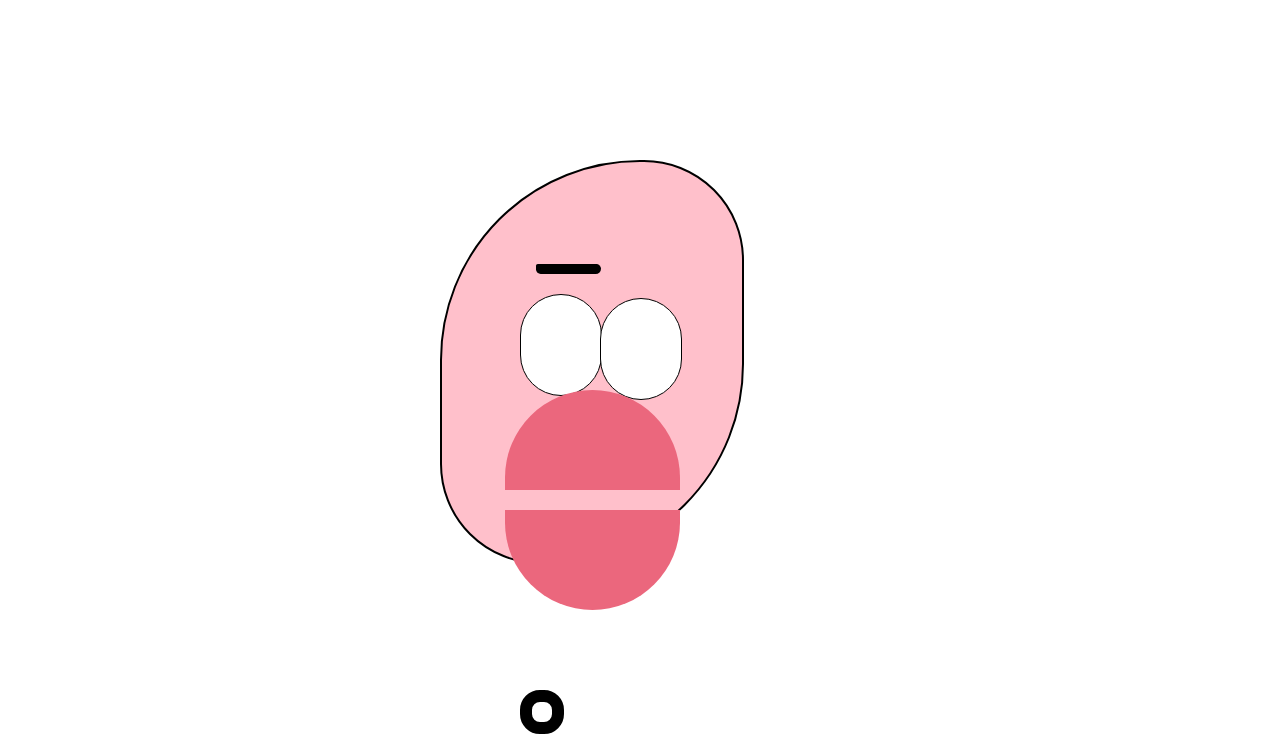
Repository: rodwestmoreland/1150
Page: cssCritter/index.html
These files come from the project's save history. The page is drawn as it stood at one moment and after the next save; the edit follows.
The browser window is 1280 px wide. The pictures show the whole page.

Above is the page before, as saved 2021-01-25 20:35:28.

### cssCritter/index.html
<!DOCTYPE html>
<html lang="en">
<head>
    <meta charset="UTF-8">
    <meta name="viewport" content="width=device-width, initial-scale=1.0">
    <link rel="stylesheet" href="style.css">
    <title>Welcome to SD 761</title>
</head>
<body>
    <div class="wrapper">
        <div class="object">  <div class="face"></div>
        <div class="left-eyebrow"></div>
          <div class="left-eye"></div>

          <div class="right-eye"></div>
          <div class="mouth"></div>
          <div class="left-pupil"></div>
      </div>

</body>
</html>

### cssCritter/style.css
.wrapper{
    position: absolute;
     top: 50%;
   margin-top:-200px;
     left: 50%;
   margin: -200px 0 0 -200px;
 }

 .face{
   width: 300px;
   height: 400px;
   border: solid 2px #000;
   background-color: pink;
   border-radius: 200px 100px;
   z-index: -1;
 }


 .left-eye{
   width: 80px;
   height: 100px;
   border: solid 1px #000;
   background-color: #fff;
   border-radius: 90px;
   margin-top: 20px;
   margin-left: 5em;
   z-index: 2;
 }
 .left-pupil{
    width: 20px;
    height: 20px;
    border: solid 12px #000;
    background-color: #fff;
    border-radius: 20px;
    margin-top: 80px;
    margin-left: 5em;
    z-index: 3;
  }
 .right-eye{
    width: 80px;
    height: 100px;
    border: solid 1px #000;
    background-color: #fff;
    border-radius: 90px;
    margin-top: -98px;
    margin-left: 10em;
    z-index: 2;
  }

 .left-eyebrow{
   width: 65px;
   height: 10px;
   background-color: #000;
   top: 50%;
   margin-top: -300px;
   margin-left: 6em;
   border-radius: 30px 80px 90px;
   z-index: 1;
 }


  .right-eyebrow{
    width: 65px;
    height: 10px;
    background-color: #000;
    top: 50%;
    margin-top: -300px;
    margin-left: 16em;
    border-radius: 30px 80px 90px;
    z-index: 1;
  }
 .mouth{
    border-top: none;

    border-top: 100px solid rgb(235, 103, 125);
    -webkit-border-radius: 50px;

    border-bottom: 100px solid rgb(235, 103, 125);
    -webkit-border-radius: 100px;
    border-radius: 100px;
    height: 20px;
    width: 175px;
    margin: -10px auto 0;
    z-index: 10;
 }

After the next save:
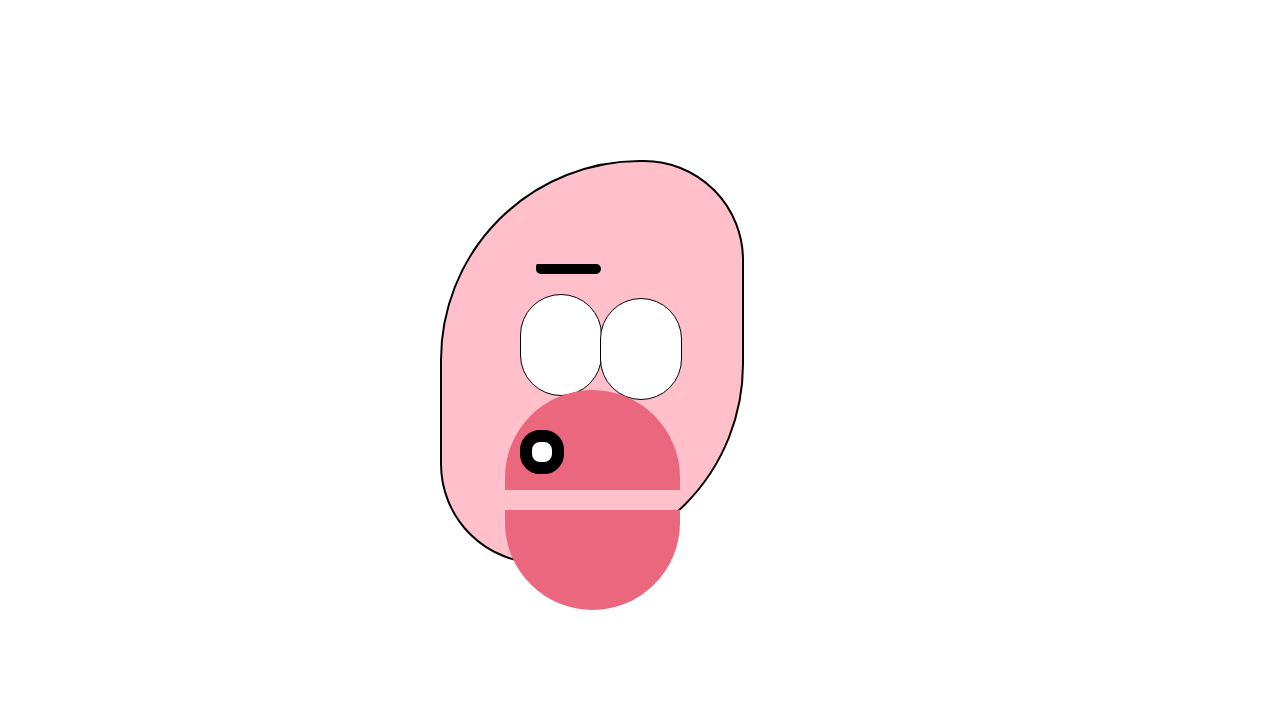
Saved 8 s later.
--- a/cssCritter/style.css
+++ b/cssCritter/style.css
@@ -32,7 +32,7 @@
     border: solid 12px #000;
     background-color: #fff;
     border-radius: 20px;
-    margin-top: 80px;
+    margin-top: -180px;
     margin-left: 5em;
     z-index: 3;
   }
